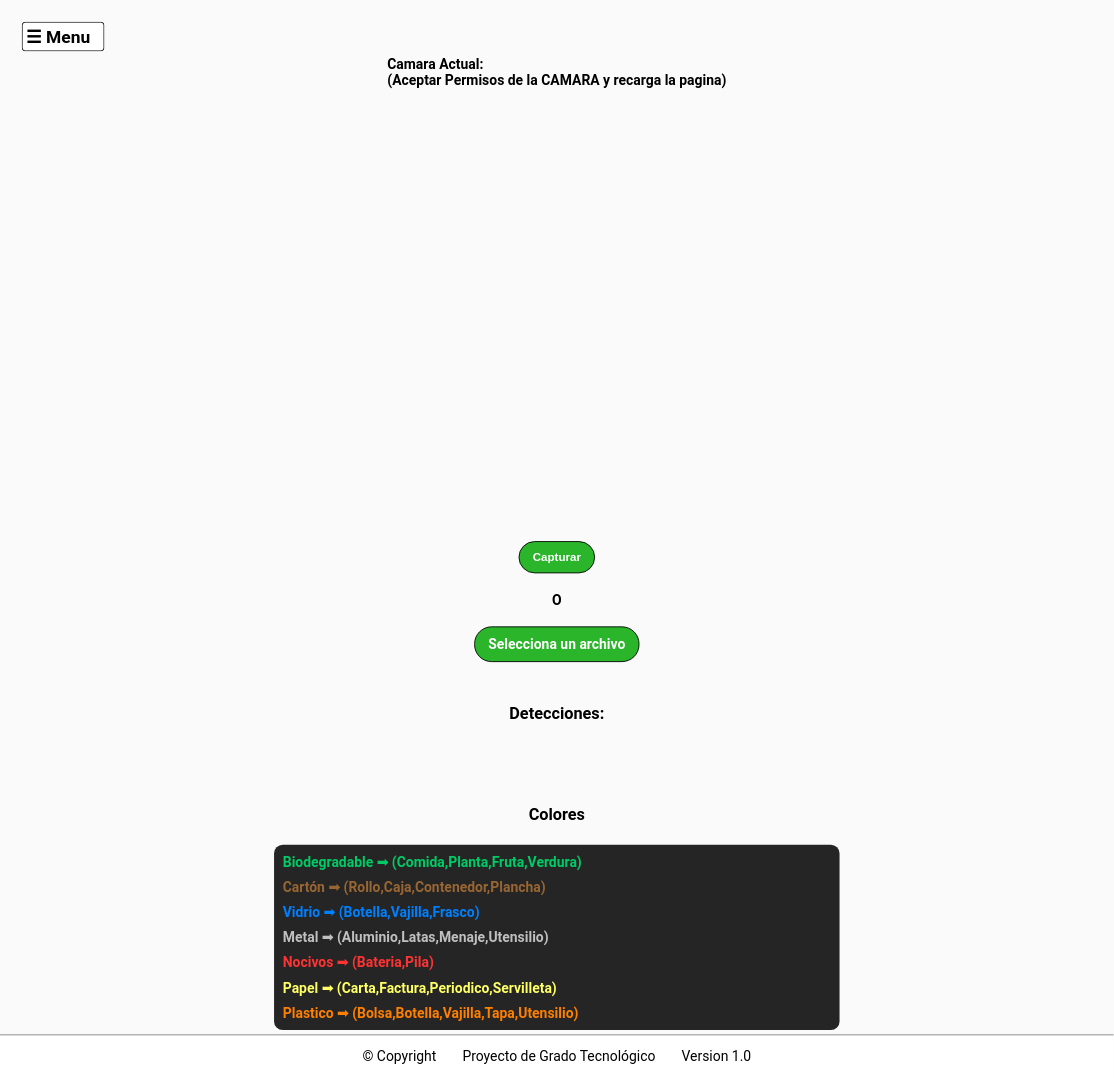
Repository: castecabas/Recicladora
Page: http://localhost/model
An editor plug-in stored every save of this project. The page is shown before and after the next save, followed by the edit.
The browser window is 1280 px wide. The pictures show the whole page, at 87% of full size.
Pictures or frames that could not be fetched are drawn as grey boxes. The page is served by the project's application, run on Flask 3 (src/index.py). Other server files are loaded and not shown.

Above is the page before, as saved 2024-12-22 21:04:43.

### src/templates/model.html
<!DOCTYPE html>
<html lang="en">

<head>
    <meta charset="UTF-8">
    <meta name="viewport" content="width=device-width, initial-scale=1.0">
    <title>Clasificador</title>
    <link rel="stylesheet" href="{{ url_for('static', filename='css/model.css') }}">
    <link rel="shortcut icon" href="https://i.postimg.cc/gk7MpWkm/logo.webp" />
</head>

<body>
    <span class="btn_openmenu" onclick="openNav()">&#9776; Menu</span><br><br>
    <nav class="aside" id="aside">
        <div class="overlay"></div>
        <img class="aside_logo" src="https://i.postimg.cc/gk7MpWkm/logo.webp">
        <h1 style="text-decoration: underline;">Opciones</h1>

        <label for="confidenceThreshold">
            <span class="tooltip-container">
                <img class="logo_x"
                    src="https://images.vexels.com/media/users/3/152347/isolated/preview/27304b9b14ce9bd8a28ca637ed92070e-icono-de-signo-de-interrogacion-de-circulo-azul.png"
                    alt="Ayuda">
                <span class="tooltip-text">Es la probabilidad que determina en las predicciones,si es alto es más
                    confiable, aunque puede omitir objetos al no cumplir dicho porcentaje. Si es bajo, será menos
                    confiable, pero detectará aún más.</span>
            </span>
            Umbral de Confianza:
        </label>
        <input type="range" id="confidenceThreshold" min="0.1" max="0.8" step="0.01" value="0.5">
        <span id="confidenceValue" style="color: white;">0.5</span>

        <label for="SwitchCamera">Camara</label>
        <button id="switchCameraBtn">Cambiar de dispositivo</button>
        </a>
        <label class="nav-link-aside" for="darkModeToggle"><input type="checkbox" class="btn_darkmode"
                id="darkModeToggle" hidden>
            Modo Oscuro</label>
        <br>
        <a href="javascript:void(0)" class="closebtn" onclick="closeNav()">Cerrar Menú</a>
        <a href="{{ url_for('index') }}" class="nav-link">Ir a Inicio</a>
    </nav>

    <div class="container">
        <main>
            <div>
                <div>
                    <p>Camara Actual: <span id="currentCamera"></span><br>
                        (Aceptar Permisos de la CAMARA y recarga la pagina)</p>
                    <video id="video" width="640" height="480" autoplay></video><br>
                    <button id="captureBtn">Capturar</button>
                    <p>O</p>
                    <input type="file" id="fileInput" hidden accept="image/*,video/*">
                    <label for="fileInput" id="fileinputlabel">Selecciona un archivo</label>
                </div>
                <br>
                <img id="resultImage">
            </div>
            <canvas id="canvas" width="640" height="480" style="display:none;"></canvas>
            <div>
                <h3>Detecciones:</h3>
                <ul id="detectionsList"></ul>
            </div>
            <div class="colors">
                <h3>Colores</h3>
                <ul>
                    <li class="bio">Biodegradable &#10143; (Comida,Planta,Fruta,Verdura)</li>
                    <li class="cardb">Cartón &#10143; (Rollo,Caja,Contenedor,Plancha)</li>
                    <li class="glass">Vidrio &#10143; (Botella,Vajilla,Frasco)</li>
                    <li class="metal">Metal &#10143; (Aluminio,Latas,Menaje,Utensilio)</li>
                    <li class="noxios">Nocivos &#10143; (Bateria,Pila)</li>
                    <li class="paper">Papel &#10143; (Carta,Factura,Periodico,Servilleta)</li>
                    <li class="plastic">Plastico &#10143; (Bolsa,Botella,Vajilla,Tapa,Utensilio)</li>
                </ul>
            </div>
        </main>
        {% include 'components/footer.html' %}
    </div>
    <script src="{{ url_for('static', filename='js/model.js') }}"></script>
    <script src="{{ url_for('static', filename='js/dark_mode.js') }}"></script>
</body>

</html>

### src/templates/components/footer.html
<footer class="footer">
    <style>
        .footer {
            width: 100%;
            background-color: white;
            text-align: center;
            padding: 15px;
            box-sizing: border-box;
            position: relative;
            bottom: 0;
            font-family: 'Roboto', sans-serif;
            border-top: 1px solid gray;
            margin-top: auto;
        }

        .footer ul {
            list-style: none;
            padding: 0;
            margin: 0;
            display: flex;
            flex-direction: column;
            align-items: center;
        }

        .footer ul li {
            text-decoration: none;
            margin: 5px 0;
        }

        @media (min-width: 600px) {
            .footer ul {
                flex-direction: row;
                justify-content: center;
            }

            .footer ul li {
                margin: 0 15px;
            }
        }

        /* MODO OSCURO */
        body.dark-mode footer{
            background: rgb(29, 0, 28);
            background: linear-gradient(90deg, rgba(29, 0, 28, 1) 0%, rgba(11, 0, 34, 1) 8%, rgba(0, 0, 22, 1) 100%);
            border-top: 1px solid #686868;
            transition: all 0.3s ease-in;
        }

        body.dark-mode footer li{
            color: white;
        }
    </style>

    <ul>
        <li>© Copyright</li>
        <li>Proyecto de Grado Tecnológico</li>
        <li>Version 1.0</li>
    </ul>

</footer>

### src/index.py
from flask import Flask, render_template, Response, request, jsonify
from yolo_model import YOLOModel
from camera import Camera
import cv2
import numpy as np
import base64

app = Flask(__name__)

yolo_model = YOLOModel('src/model/best.pt')
camera = Camera()

# RUTAS
@app.route('/')
@app.route('/home')
@app.route('/index')
def index():
    return render_template('index.html')

@app.route('/about')
def about():
    return render_template('about.html')

@app.route('/learn')
def learn():
    return render_template('learn.html')

@app.route('/model')
def model():
    return render_template('model.html')

@app.route('/news')
def news():
    return render_template('news.html')

@app.route('/recycle')
def recycle():
    return render_template('recycle.html')

# FUNCIONES

    #NOTE: obtener las camaras
@app.route('/get_cameras')
def get_cameras():
    return jsonify(camera.get_camera_list())

    #NOTE: cambiar camara
@app.route('/switch_camera/<int:camera_id>')
def switch_camera(camera_id):
    camera.select_camera(camera_id)
    return "OK"

    #NOTE: detectar dicha imagen
@app.route('/detect', methods=['POST'])
def detect():
    try:
        if 'file' not in request.files:
            return jsonify({'error': 'No file part'}), 400

        file = request.files['file']
        confidence = float(request.form.get('confidence', 0.25))

        # Lee la imagen del archivo
        npimg = np.fromfile(file, np.uint8)
        img = cv2.imdecode(npimg, cv2.IMREAD_COLOR)

        # Detecta objetos usando el modelo YOLO
        results = yolo_model.detect(img, conf_threshold=confidence)
        if results is None:
            return jsonify({'error': 'No detections returned from model'}), 500

        # Dibuja los cuadros de detección en la imagen
        processed_img = yolo_model.draw_boxes(img, results)

        # Codifica la imagen procesada en base64 para enviar al cliente
        _, buffer = cv2.imencode('.jpg', processed_img)
        img_base64 = base64.b64encode(buffer).decode('utf-8')

        return jsonify({
            'image': f'data:[embedded picture, 35 characters]',
            'detections': results
        })
    except Exception as e:
        print(f"Error during detection: {e}")
        return jsonify({'error': str(e)}), 500

# EJECUCION
if __name__ == '__main__':
    app.run(debug=True)

### src/static/css/model.css
html,
body {

    margin: 0;
    padding: 0;
    font-family: 'Roboto', sans-serif;
    background-color: #fafafa;
    display: flex;
    flex-direction: column;
    min-height: 100vh;
    transition: all 0.5s ease;
}

main {
    max-height: auto;
}

.btn_openmenu {
    font-size: 20px;
    cursor: pointer;
    position: fixed;
    background-color: white;
    border-radius: 4px;
    border: 1px solid black;
    margin: 25px;
    padding: 4px;
    padding-right: 15px;
    z-index: 100;
    font-weight: 600;
}

.btn_openmenu:hover {
    background-color: rgb(209, 209, 209);
}

.container {
    display: flex;
    flex-direction: column;
    min-height: 100vh;
    width: 100%;
    /* Asegura que ocupe todo el ancho */
    align-items: center;
    margin: 0;
    box-sizing: border-box;
}

main div {
    display: flex;
    flex-direction: column;
    align-items: center;
    justify-content: center;
    flex-grow: 1;
    width: 100%;
    max-width: 800px;
    box-sizing: border-box;
}

main div * {
    padding: 5px;
}

main div p {
    font-weight: bold;
}

main div #video {
    border-radius: 20px;
    max-width: 640px;
    width: 100%;
    max-height: 700px;
    aspect-ratio: 4/3;
    padding: 0;
}

main div #resultImage {
    border-radius: 20px;
    max-width: 640px;
    width: 100%;
    max-height: 740px;
    padding: 0;
    border: 0px;
    box-shadow: 10px 10px 15px rgba(0, 0, 0, 0.5);
}

@media(max-width:638px) {
    main div #resultImage {
        border-radius: 0;
        box-shadow: none;
    }
}

main div #captureBtn,
main div #fileinputlabel {
    border-radius: 20px;
    background-color: #2AB52A;
    color: white;
    font-weight: bold;
    padding: 10px 15px 10px 15px;
    border: 1px solid black;
}

main div #captureBtn:hover,
main div #fileInput:hover {
    background-color: #219121;
}

main div ul#detectionsList {
    overflow-y: auto;
    max-height: 200px;
    width: 90vw;
    max-width: 634px;

}

main div ul#detectionsList li {
    font-size: large;
}


.aside {
    background: url(https://i.postimg.cc/8kbKKzK0/model-aside.webp);
    background-repeat: no-repeat;
    background-size: cover;
    height: 100%;
    width: 0;
    position: fixed;
    z-index: 100;
    top: 0;
    left: 0;
    background-color: #111;
    overflow-x: hidden;
    transition: 0.5s;
    justify-content: center;
    color: white;
    display: flex;
    flex-direction: column;
    text-align: center;
    align-items: center;
}

.aside * {
    margin: 5px 20px 5px 20px;
    font-weight: bold;
    z-index: 102;
    padding: 8px;
    color: #31ca31;
}

.aside .overlay {
    position: absolute;
    margin: 0;
    top: 0;
    left: 0;
    right: 0;
    bottom: 0;
    background-color: rgba(0, 0, 0, 0.55);
    z-index: 101;
}

.aside img.aside_logo {
    aspect-ratio: 1/1;
    max-width: 100px;
}

@media(max-height:850px) {
    .aside img.aside_logo {
        display: none;
    }
}


.aside h1 {
    color: #2AB52A;

}

.aside .closebtn {
    text-decoration: none;
    color: white;
    border-radius: 4px;
    background-color: #206BCE;
    padding: 10px 15px 10px 15px;
    border: 1px solid black;
    width: 134px;
}

.aside .closebtn:hover {
    background-color: #1a58a8;
}

.aside .logo_x {
    position: relative;
    padding-left: 0px;
    margin: 0px;
    aspect-ratio: 1/1;
    height: 20px;
    cursor: pointer;
}


/* Estilos del contenedor del tooltip */
.tooltip-container {
    position: relative;
    display: inline-block;
    padding: 0;
    margin: 0;
}

/* Ocultar el tooltip por defecto */
.tooltip-text {
    opacity: 0;
    /* Oculto por defecto */
    width: 135px;
    background-color: #2ea664;
    color: #f5f6fc;
    text-align: center;
    font-size: small;
    padding: 5px;
    border-radius: 5px;
    position: absolute;
    top: -120px;
    /* Ajusta la posición para que esté sobre la imagen */
    left: 50%;
    transform: translateX(-25%);
    transition: opacity 0.3s ease-in-out;

    /* Transición suave */
    z-index: 9000;
}

/* Flecha del tooltip */
.tooltip-text::after {
    content: "";
    position: absolute;
    bottom: -5px;
    /* Flecha debajo del tooltip */
    left: 50%;
    transform: translateX(-50%);
    border-width: 5px;
    border-style: solid;
    border-color: #333 transparent transparent transparent;
}

/* Mostrar el tooltip al pasar el ratón sobre la imagen */
.tooltip-container:active .tooltip-text,
.tooltip-container:hover .tooltip-text {
    opacity: 1;
    animation: hideTooltip 18s forwards;
    /* Inicia la animación para ocultarlo después de 3 segundos */
}

/* Animación para ocultar el tooltip */
@keyframes hideTooltip {
    0% {
        opacity: 1;
    }

    90% {
        opacity: 1;
    }

    100% {
        opacity: 0;
    }
}


.aside #confidenceThreshold {
    accent-color: #2AB52A;
    background-color: white;
}


.aside .colors li {
    list-style: none;
}


.aside #switchCameraBtn {
    border-radius: 4px;
    background-color: #2AB52A;
    color: white;
    border: 1px solid black;
}

.aside #switchCameraBtn:hover {
    background-color: #219121;
}

.aside .nav-link,
.aside .nav-link-aside {
    text-decoration: none;
    color: white;
    background-color: #206BCE;
    border-radius: 4px;
    max-width: 75vw;
    padding: 10px 15px 10px 15px;
    border: 1px solid black;
    width: 134px;
    font-size: large;
}

.aside .nav-link:hover {
    background-color: #1a58a8;
}

.aside .nav-link-aside {
    background-color: #31ca31;
    font-size: small;
}

.aside .nav-link-aside:hover {
    background-color: #2AB52A;
    cursor: pointer;
}

label#fileinputlabel:hover {
    cursor: pointer;
    background-color: #2AB52A;
}

div.colors {


    padding: 5px;

    label {
        font-weight: bold;
    }

    ul {
        margin: 0;
        border-radius: 10px;
        background: rgba(0, 0, 0, 0.85);
        width: 50vw;
        position: relative;
        justify-content: center;

        li {
            list-style-type: none;
            font-weight: 600;

        }
    }


    .bio {
        color: #00cc66;
    }

    .cardb {
        color: #996633;
    }

    .glass {
        color: #0080ff;
    }

    .metal {
        color: #c0c0c0;
    }

    .noxios {
        color: #ff3333;
    }

    .paper {
        color: #ffff66;
    }

    .plastic {
        color: #ff8000;
    }
}


/* MODO OSCURO */

body.dark-mode {
    background-color: #000014;
}

body.dark-mode #video {
    border: 1px outset white;
}

body.dark-mode .container p,
body.dark-mode .container h3 {
    color: white;
}

body.dark-mode .container p,
body.dark-mode .container ul#detectionsList li {
    color: white;
}

### src/static/js/model.js
let currentCameraIndex = 0;
let cameras = [];
const clsname = [
    "Comida", "Planta", "Fruta o Verdura", "Base de Carton", "Caja de Carton",
    "Contenedor de Carton", "Forma de Carton", "Botella de Vidrio", "Vajilla de Vidrio",
    "Fragmentos de Vidrio", "Frasco de Vidrio", "Jarra de Vidrio", "Aluminio",
    "Contenedor Metalico", "Latas de Alimento", "Menaje Metalico", "Metal Menor",
    "Utensilio Metalico", "Bateria o Pila", "Carta de Papel", "Recibo o Factura",
    "Periodico o Revista", "Forma de Papel", "Papel de Higiene", "Bolsa de Plastico",
    "Botella de Plastico", "Contenedor de Plastico", "Envase de Plastico",
    "Vajilla de Plastico", "Tapa de Plastico", "Utensilio de Plastico"
  ];
let confidenceThreshold = 0.5;

const parrafo = document.getElementById("confidenceValue");

const valorDecimal = parseFloat(parrafo.textContent);
const valorPorcentaje = valorDecimal * 100;
parrafo.textContent = valorPorcentaje + "%";

document.addEventListener('DOMContentLoaded', function () {
    fetchCameras();

    document.getElementById('switchCameraBtn').addEventListener('click', switchCamera);
    document.getElementById('captureBtn').addEventListener('click', captureAndDetect);
    document.getElementById('fileInput').addEventListener('change', handleFileSelect);

    const confidenceSlider = document.getElementById('confidenceThreshold');
    const confidenceValue = document.getElementById('confidenceValue');

    confidenceSlider.addEventListener('input', function () {
        confidenceThreshold = parseFloat(this.value);
        confidenceValue.textContent = confidenceThreshold.toFixed(2);
        const valorDecimal = parseFloat(parrafo.textContent);
        const valorPorcentaje = valorDecimal * 100;
        parrafo.textContent = valorPorcentaje.toFixed(0) + "%";
    });
});

function fetchCameras() {
    navigator.mediaDevices.enumerateDevices()
        .then(devices => {
            cameras = devices.filter(device => device.kind === 'videoinput');
            updateCurrentCamera();
        })
        .catch(error => {
            console.error('Error enumerating devices:', error);
        });
}

async function switchCamera() {
    currentCameraIndex = (currentCameraIndex + 1) % cameras.length;
    updateCurrentCamera();

    try {
        const stream = await navigator.mediaDevices.getUserMedia({
            video: { deviceId: { ideal: cameras[currentCameraIndex].deviceId } }
        });
        document.getElementById('video').srcObject = stream;
    } catch (error) {
        console.error('Error switching camera:', error);
    }
}

function updateCurrentCamera() {
    const cameraInfo = cameras[currentCameraIndex] ? cameras[currentCameraIndex].label : 'Unknown';
    document.getElementById('currentCamera').textContent = cameraInfo;
}

function captureAndDetect() {
    const video = document.getElementById('video');
    const canvas = document.getElementById('canvas');
    const context = canvas.getContext('2d');

    context.drawImage(video, 0, 0, canvas.width, canvas.height);
    canvas.toBlob(blob => {
        const formData = new FormData();
        formData.append('file', blob, 'capture.jpg');
        formData.append('confidence', confidenceThreshold);
        detectObjects(formData);
    }, 'image/jpeg');
}

function handleFileSelect(event) {
    const file = event.target.files[0];
    const formData = new FormData();
    formData.append('file', file);
    formData.append('confidence', confidenceThreshold);
    detectObjects(formData);
}

function detectObjects(formData) {
    fetch('/detect', {
        method: 'POST',
        body: formData
    })
        .then(response => response.json())
        .then(data => {
            document.getElementById('resultImage').src = data.image;
            updateDetectionsList(data.detections);
        })
        .catch(error => {
            console.error('Error detecting objects:', error);
        });
}

function updateDetectionsList(detections) {
    const list = document.getElementById('detectionsList');
    list.innerHTML = '';
    detections.forEach(detection => {
        const [x1, y1, x2, y2, conf, cls] = detection;
        const li = document.createElement('li');
        li.textContent = `Clase: ${clsname[cls] || 'Desconocido'}, Confianza: ${conf.toFixed(2) * 100} %`;
        list.appendChild(li);
    });
}

async function initializeCamera() {
    try {
        const stream = await navigator.mediaDevices.getUserMedia({ video: true });
        document.getElementById('video').srcObject = stream;
    } catch (error) {
        console.error('Error accessing camera:', error);
    }
}

function openNav() {
    document.getElementById("aside").style.width = "250px";
}

function closeNav() {
    document.getElementById("aside").style.width = "0";
}

initializeCamera();

### src/static/js/dark_mode.js
document.addEventListener("DOMContentLoaded", () => {
    const toggle = document.getElementById("darkModeToggle");
    const darkModeEnabled = localStorage.getItem("darkMode") === "enabled";

    if (darkModeEnabled) {
        document.body.classList.add("dark-mode");
        toggle.checked = true;
    }

    toggle.addEventListener("change", () => {
        if (toggle.checked) {
            document.body.classList.add("dark-mode");
            localStorage.setItem("darkMode", "enabled");
        } else {
            document.body.classList.remove("dark-mode");
            localStorage.setItem("darkMode", "disabled");
        }
    });
});

After the next save:
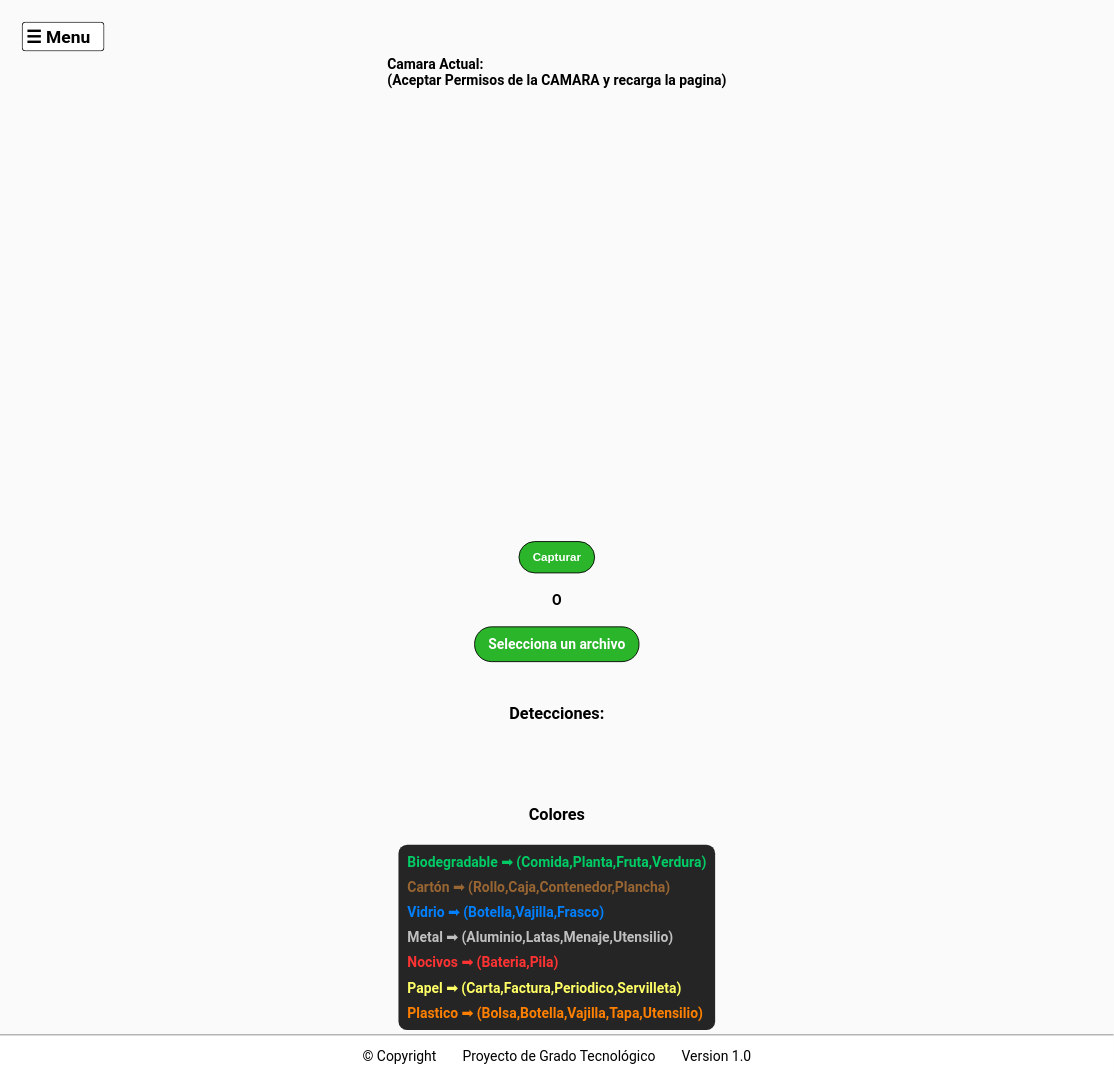
Saved 37 s later.
--- a/src/static/css/model.css
+++ b/src/static/css/model.css
@@ -332,7 +332,7 @@ div.colors {
         margin: 0;
         border-radius: 10px;
         background: rgba(0, 0, 0, 0.85);
-        width: 50vw;
+        max-width: max-content;
         position: relative;
         justify-content: center;
 
